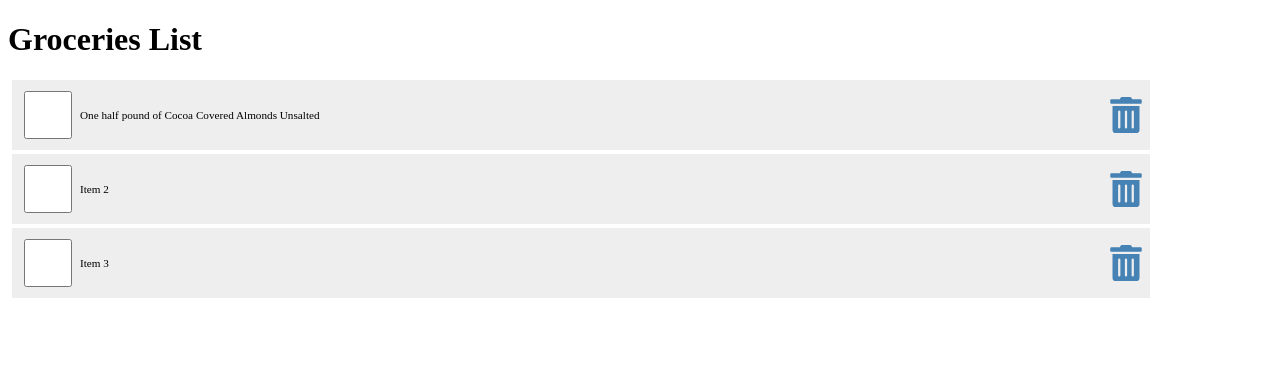
Repository: akinmiday/react-series
Page: /
An editor plug-in stored every save of this project. The page is shown before and after the next save, followed by the edit.
The browser window is 1280 px wide. The pictures show the whole page.
The project was rebuilt for these pictures with package versions that can differ from the ones it lists, and the page was loaded fresh each time. Also part of the build but not shown: vite.config.js, src/index.css.

Above is the page before, as saved 2023-08-21 18:52:00.

### src/App.jsx
import './App.css'
import Content from './Content'
import Header from './Header'

const App = () => {



  return (
    <>
      <Header />
      <Content />
    </>
  )
}

export default App

### src/App.css
ul {
    width: 90%;
    list-style: none;
    padding: 0 0.25rem 0.25rem;
}

ul li::before{
    content: "\200B";
}

.item{
    display: flex;
    justify-content: flex-start;
    align-items: center;
    padding: 0.5rem 0 0.5rem 0.5rem;
    margin: 0.25rem 0;
    background-color: #eee;
}

.item input[type="checkbox"] {
    text-align: center;
    width: 2.5rem;
    width: 48px;
    min-width: 48px;
    height: 2.5rem;
    height: 48px;
    min-height: 48px;
    cursor: pointer;
    margin-right: 0.5rem;
}

.item input[type="checkbox"]:focus + label{
text-decoration: underline;
}

.item > label{
    font-size: 0.7rem;
    flex-grow: 1;
}

.item svg{
    width: 48px;
    min-width: 48px;
    height: 36px;
    font-size: 2px;
    color: steelblue;
    cursor: pointer;
}

.item svg:focus,
.item svg:hover{
    color: red;
    outline: none;
}

### src/Content.jsx
import { useState } from 'react'
import { FaTrashAlt } from "react-icons/fa"

const Content = () => {

    const [items, setItems] = useState([
        {
            id: 1,
            checked: false,
            item: "One half pound of Cocoa Covered Almonds Unsalted"
        },
        {
            id: 2,
            checked: false,
            item: "Item 2"
        },
        {
            id: 3,
            checked: false,
            item: "Item 3"

        }
    ])

    const handleCheck = (id) => {
        const listItems = items.map((item) => item.id === id ? { ...item, checked: !item.checked } : item)
        setItems(listItems)
        localStorage.setItem("shoppinglist", JSON.stringify(listItems))
    }

    const handleDelete = (id) => {
        const listItems = items.filter((item) => item.id !== id)
        setItems(listItems)
        localStorage.setItem("shoppinglist", JSON.stringify(listItems))
    }


    return (
        <>
            {items.length ? (
                <ul>
                    {items.map((item) => (
                        <li className='item' key={item.id} >
                            <input
                                type='checkbox'
                                checked={item.checked}
                                onChange={() => handleCheck(item.id)}
                            />
                            <label
                                style={(item.checked) ? { textDecoration: 'line-through' } : null}
                                onDoubleClick={() => handleCheck(item.id)}
                            >{item.item}</label>
                            <FaTrashAlt
                                onClick={() => handleDelete(item.id)}
                                role='button'
                                tabIndex="0"
                            />
                        </li>
                    ))}
                </ul>
            ) : (
                <p style={{ marginTop: '2rem' }} >Your List is empty</p>
            )}
        </>
    )
}

export default Content

### src/Header.jsx
const Header = () => {
    return (
        <header>
            <h1>Groceries List</h1>
        </header>
    )
}

export default Header

### src/Footer.jsx
const Footer = () => {
  const year = new Date()
  return (
    <div>
      <p>{`CopyRight &copy; ${year.getFullYear()}`} </p>
    </div>
  )
}

export default Footer

Loaded but not shown: index.html (common file); src/main.jsx (common file)

After the next save:
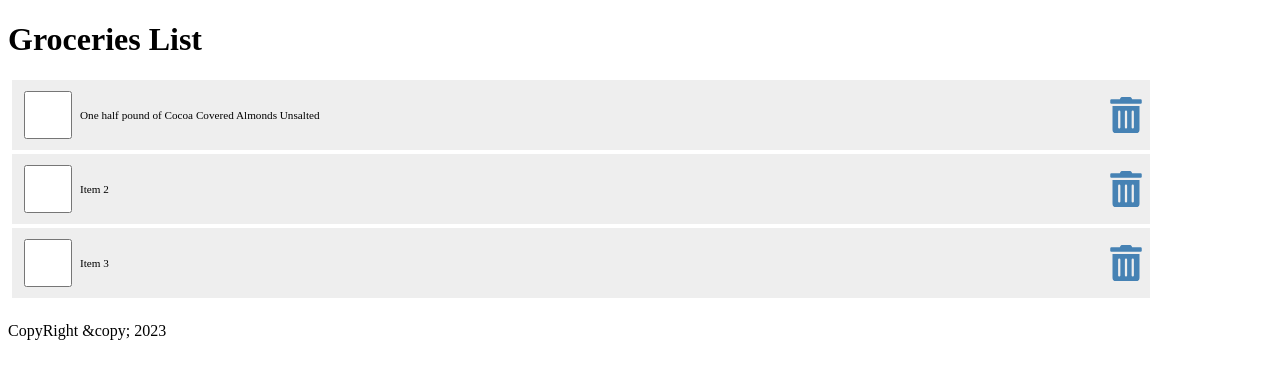
Saved 13 s later.
--- a/src/App.jsx
+++ b/src/App.jsx
@@ -1,5 +1,6 @@
 import './App.css'
 import Content from './Content'
+import Footer from './Footer'
 import Header from './Header'
 
 const App = () => {
@@ -10,6 +11,7 @@ const App = () => {
     <>
       <Header />
       <Content />
+      <Footer />
     </>
   )
 }
